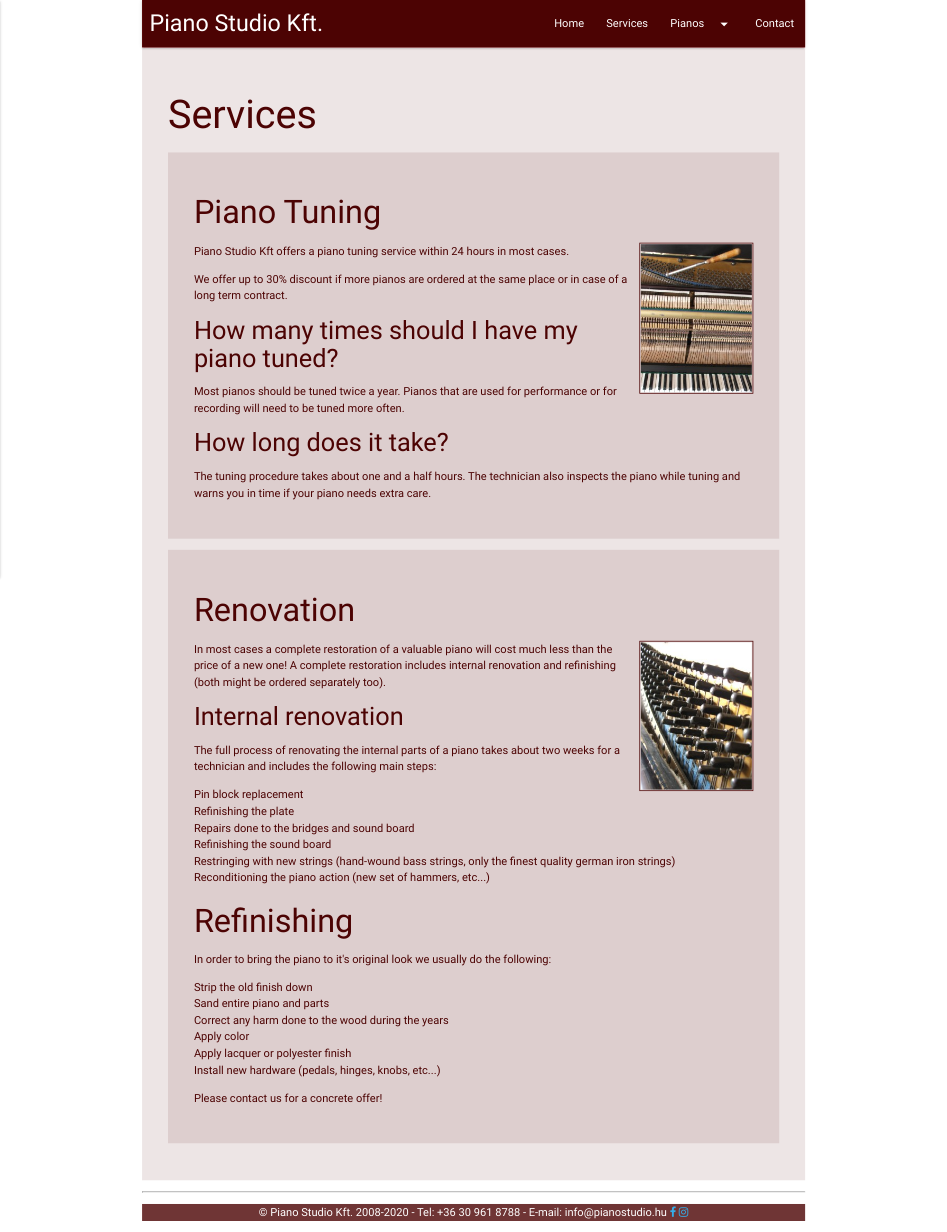
Repository: badiattila/pianostudioheroku
Page: http://localhost/services
The author's editor kept a record of every edit. The page is drawn from the files as they stood at one moment, then again after the next edit.
The browser window is 1280 px wide. The pictures show the whole page, at 74% of full size.
Some web libraries are served in a nearby version. The page is served by the project's application, run on Flask 3 (app.py).

Above is the page before.

### templates/services.html
{% extends 'base.html' %} {% block content %}

<!-- Services -->
<div class="op" id="services">
    <h2>Services</h2>
    <p></p>

    <div>
        <div class="op" id="tuning">
            <h3>Piano Tuning</h3>
            <img class="right-teaser" src="{{url_for('static', filename='pictures/hangolas.jpg')}}" alt="Piano Tuning" />
            <p>Piano Studio Kft offers a piano tuning service within 24 hours in most cases.</p>

            <p>We offer up to 30% discount if more pianos are ordered at the same place or in case of a long term contract.</p>

            <h4>How many times should I have my piano tuned?</h4>
            <p>Most pianos should be tuned twice a year. Pianos that are used for performance or for recording will need to be tuned more often.</p>

            <h4>How long does it take?</h4>
            <p>The tuning procedure takes about one and a half hours. The technician also inspects the piano while tuning and warns you in time if your piano needs extra care.</p>
        </div>
        <div class="op" id="renovation">
            <h3>Renovation</h3>
            <img class="right-teaser" src="{{url_for('static', filename='pictures/pins.jpg')}}" alt="Piano Pins" />
            <p>In most cases a complete restoration of a valuable piano will cost much less than the price of a new one! A complete restoration includes internal renovation and refinishing (both might be ordered separately too).</p>

            <h4>Internal renovation</h4>
            <p>The full process of renovating the internal parts of a piano takes about two weeks for a technician and includes the following main steps:</p>
            <ul>
                <li>Pin block replacement</li>
                <li>Refinishing the plate</li>
                <li>Repairs done to the bridges and sound board</li>
                <li>Refinishing the sound board</li>
                <li>Restringing with new strings (hand-wound bass strings, only the finest quality german iron strings)</li>
                <li>Reconditioning the piano action (new set of hammers, etc...)</li>
            </ul>
            <h3>Refinishing</h3>
            <p>In order to bring the piano to it's original look we usually do the following:</p>
            <ul>
                <li>Strip the old finish down</li>
                <li>Sand entire piano and parts</li>
                <li>Correct any harm done to the wood during the years</li>
                <li>Apply color</li>
                <li>Apply lacquer or polyester finish</li>
                <li>Install new hardware (pedals, hinges, knobs, etc...)</li>
            </ul>
            <p>Please contact us for a concrete offer!</p>
        </div>
    </div>
</div>
<hr> {% endblock %}

### templates/base.html
<!DOCTYPE html>

<html lang="en">

<head>

    <!-- Meta tags -->
    <meta charset="utf-8">
    <!-- Font awsome -->
    <link rel="stylesheet" href="https://maxcdn.bootstrapcdn.com/font-awesome/4.7.0/css/font-awesome.min.css" type="text/css" />
    <!-- Hover -->
    <link rel="stylesheet" href="https://cdnjs.cloudflare.com/ajax/libs/hover.css/2.1.1/css/hover-min.css" type="text/css" />
    <!-- Material icons by Google -->
    <link href="https://fonts.googleapis.com/icon?family=Material+Icons" rel="stylesheet">
    <!-- Compiled and minified materialize CSS -->
    <link rel="stylesheet" href="https://cdnjs.cloudflare.com/ajax/libs/materialize/0.100.2/css/materialize.min.css">
    <!-- Specific Css for this website -->
    <link rel="stylesheet" href="{{url_for('static', filename='css/style.css')}}" type="text/css" />

    <title>Piano Studio Kft. - Services - </title>
    <link href="{{url_for('static', filename='pictures/favicon.ico')}}" rel="shortcut icon" type="image/x-icon" />
    <meta name="description" content="Piano rental, tuning and repair - Piano Studio Kft." />
    <meta name="keywords" content="Piano rental,piano tuning,piano repair,piano studio" />
    <meta name="copyright" content="Piano Studio Kft." />
    <meta name="author" content="Attila Badi/Piano Studio Kft." />
    <meta name="email" content="info@pianostudio.hu" /> {% block head %} {% endblock %}


</head>

<body>
    <div class="container">
        <header>
            <ul id="dropdown2" class="dropdown-content">
                <li><a href="{{url_for('pianos_for_sale')}}">Sale</a></li>
                <li><a href="{{url_for('createadd')}}">Create Add</a></li>
            </ul>
            <nav>
                <div class="nav-wrapper redbg">
                    <a href="{{url_for('index')}}" class="brand-logo">Piano Studio Kft.</a>
                    <a href="#" data-activates="mobile-demo" class="button-collapse"><i class="material-icons">menu</i></a>
                    <ul id="nav-mobile" class="right hide-on-med-and-down">
                        <li><a href="{{url_for('index')}}">Home</a></li>
                        <li><a href="{{url_for('services')}}">Services</a></li>
                        <!-- Dropdown Trigger -->
                        <li><a class="dropdown-trigger" href="#!" data-target="dropdown2">Pianos<i class="material-icons right">arrow_drop_down</i></a></li>

                        <li><a href="{{url_for('contact')}}">Contact</a></li>
                    </ul>
                    <ul class="side-nav" id="mobile-demo">
                        <li><a href="{{url_for('index')}}">Home</a></li>
                        <li><a href="{{url_for('services')}}">Services</a></li>
                        <li><a href="{{url_for('pianos_for_sale')}}">Sale</a></li>
                        <li><a href="{{url_for('createadd')}}">Create Add</a></li>
                        <li><a href="{{url_for('contact')}}">Contact</a></li>
                    </ul>
                </div>
            </nav>

        </header>
        {% block content %} {% endblock %}

        <footer class="footer redbg">
            <p>&copy; Piano Studio Kft. 2008-2020 - Tel: +36 30 961 8788 - E-mail: info@pianostudio.hu
                <a target="_blank" href="https://www.facebook.com/zongoraterem"><i class="fa fa-facebook" aria-hidden="true"></i></a>
                <a target="_blank" href="https://www.instagram.com/pianostudiokft"><i class="fa fa-instagram" aria-hidden="true"></i></a>
            </p>
        </footer>
    </div>

    <script src="https://code.jquery.com/jquery-3.4.1.min.js" integrity="sha256-CSXorXvZcTkaix6Yvo6HppcZGetbYMGWSFlBw8HfCJo=" crossorigin="anonymous"></script>
    <script src="https://cdnjs.cloudflare.com/ajax/libs/materialize/0.100.2/js/materialize.min.js"></script>

    <script>
        $(document).ready(function() {
            $('.modal').modal();
            $('.dropdown-trigger').dropdown();
            $('.collapsible').collapsible();
            $('select').material_select();
            $('.button-collapse').sideNav();
        });
    </script>

</body>

</html>

### app.py
import os
from flask import Flask, render_template, redirect, request, url_for
from flask_pymongo import PyMongo
from bson.objectid import ObjectId
from flask_mail import Mail, Message

app = Flask(__name__)

app.config["MONGO_DBNAME"] = 'piano_studio'
app.config["MONGO_URI"] = 'mongodb://attilabadi:K00nK00n1234@mycodeinstitutecluster-shard-00-00-wpsfr.mongodb.net:27017,mycodeinstitutecluster-shard-00-01-wpsfr.mongodb.net:27017,mycodeinstitutecluster-shard-00-02-wpsfr.mongodb.net:27017/piano_studio?ssl=true&replicaSet=MyCodeInstituteCluster-shard-0&authSource=admin&retryWrites=true&w=majority'
mongo = PyMongo(app)

app.config.update(
	DEBUG=True,
	#EMAIL SETTINGS
	MAIL_SERVER='mail.pianostudio.hu',
	MAIL_PORT=465,
	MAIL_USE_SSL=True,
	MAIL_USERNAME = 'contact@pianostudio.hu',
	MAIL_PASSWORD = os.environ.get('SMTPPW')
	)
mail = Mail(app)

@app.route('/')
@app.route('/index')
def index():
        return render_template("index.html")

@app.route('/contact')
def contact():
        return render_template("contact.html")

@app.route('/services')
def services():
        return render_template("services.html")

@app.route('/pianos_for_sale')
def pianos_for_sale():
        return render_template("pianos_for_sale.html", pianos=mongo.db.pianos_4_sale.find(), images=mongo.db.pianos_4_sale.find())

@app.route('/createadd')
def createadd():
        return render_template("create_add.html")

@app.route('/insert_add', methods=['POST'])
def insert_add():
        file_id = mongo.save_file(request.files['picture'].filename, request.files['picture'])
        mongo.db.pianos_4_sale.insert({
            'brand': request.form.get('brand') ,
            'description' : request.form.get('description') ,
            'age' : request.form.get('age') ,
            'price' : request.form.get('price') ,
            'file_name' : request.files['picture'].filename})
        return redirect(url_for('pianos_for_sale'))

@app.route('/file/<file_name>')
def file(file_name):
    return mongo.send_file(file_name)

@app.route('/delete_piano/<piano_id>')
def delete_piano(piano_id):
    mongo.db.pianos_4_sale.remove({'_id': ObjectId(piano_id)})
    return redirect(url_for('pianos_for_sale'))

@app.route('/edit_piano/<piano_id>')
def edit_piano(piano_id):
    return render_template('edit_piano.html', piano=mongo.db.pianos_4_sale.find_one({"_id": ObjectId(piano_id)}))


@app.route('/update_piano/<piano_id>', methods=['POST'])
def update_piano(piano_id):
    file_id = mongo.save_file(request.files['picture'].filename, request.files['picture'])
    mongo.db.pianos_4_sale.update( {'_id': ObjectId(piano_id)},
    {
            'brand': request.form.get('brand') ,
            'description' : request.form.get('description') ,
            'age' : request.form.get('age') ,
            'price' : request.form.get('price') ,
            'file_name' : request.files['picture'].filename
    })
    return redirect(url_for('pianos_for_sale'))

@app.route('/send_mail/', methods=['POST'])
def send_mail():
	try:
		msg = Message("Contact form mail from pianostudio",
		  sender=request.form.get('user_email'),
		  recipients=["attila.badi@gmail.com"])
		msg.body = request.form.get('message')
		mail.send(msg)
		return 'Mail sent!'
	except:
		return "Something went wrong"

if __name__ == '__main__':
    app.run(host=os.environ.get('IP'),
        port=int(os.environ.get('PORT')),
        debug=True)

### static/css/style.css
.left {
  float: left;
}

.right {
  float: right;
}

/* Picture formatting for gallery and teaser pictures */

.right-teaser {
  padding: 1px;
  border: 1px solid #4c0303;
  float: right;
  margin: 0 0 1em 1em;
  width: 12vw;
}

.galery-pic {
  padding: 1px;
  border: 1px solid #4c0303;
  margin: 0 0 1em 1em;
  width: 12vw;
}

.btn_small {
  height: 24px;
  width: 60px;
  line-height: 24px;
  margin: 5px 5px;
  padding: 0 0.5em;
}

.btn_mid {
  height: 24px;
  width: 120px;
  line-height: 24px;
  margin: 5px 5px;
  padding: 0 0.5em;
}

.footer {
  color: white;
  opacity: 0.8;
  filter: alpha(opacity=80);
  text-align: center;
}

.redbg {
  background-color: #4c0303;
}

.nav-wrapper {
  padding-left: 10px;
}

/* Opacity classes for different elements */

.op {
  background: rgba(76, 3, 3, 0.1);
  /*background with 30% opacity */
  color: rgba(76, 3, 3);
  padding: 35px;
  margin-bottom: 15px;
}

.dropdown-content {
  width: max-content !important;
  height: auto !important;
}

/* ID based background behaviour */
#intro {
    background-attachment: scroll;
    background-image: url('../pictures/4k-wallpaper-close-up-fingers-1246437.jpg');
    background-position: center;
    background-size: cover;
    width: 100vw;
    background-repeat: no-repeat;
    position: relative;
}

After the next edit:
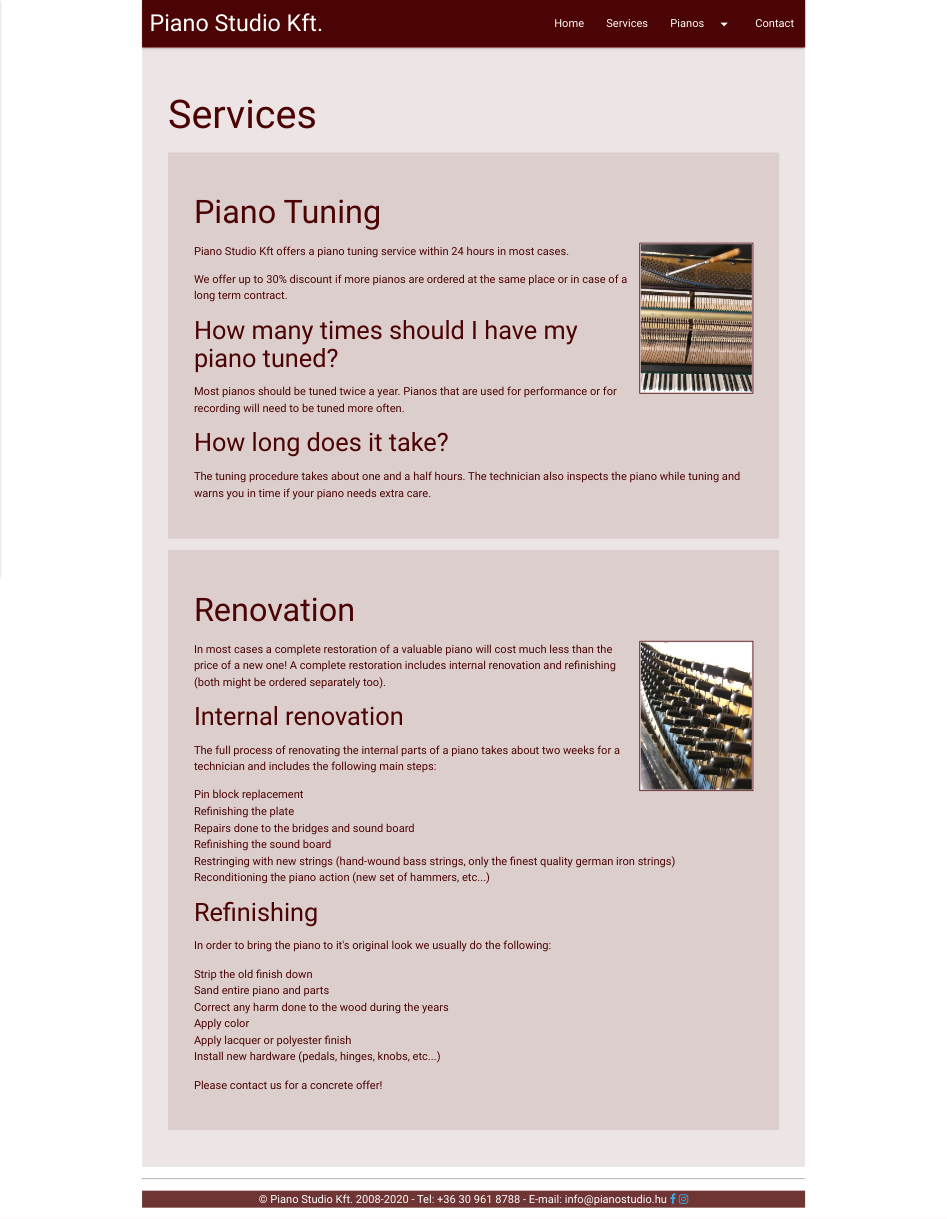
The edit:
--- a/templates/services.html
+++ b/templates/services.html
@@ -34,7 +34,7 @@
                 <li>Restringing with new strings (hand-wound bass strings, only the finest quality german iron strings)</li>
                 <li>Reconditioning the piano action (new set of hammers, etc...)</li>
             </ul>
-            <h3>Refinishing</h3>
+            <h4>Refinishing</h4>
             <p>In order to bring the piano to it's original look we usually do the following:</p>
             <ul>
                 <li>Strip the old finish down</li>
